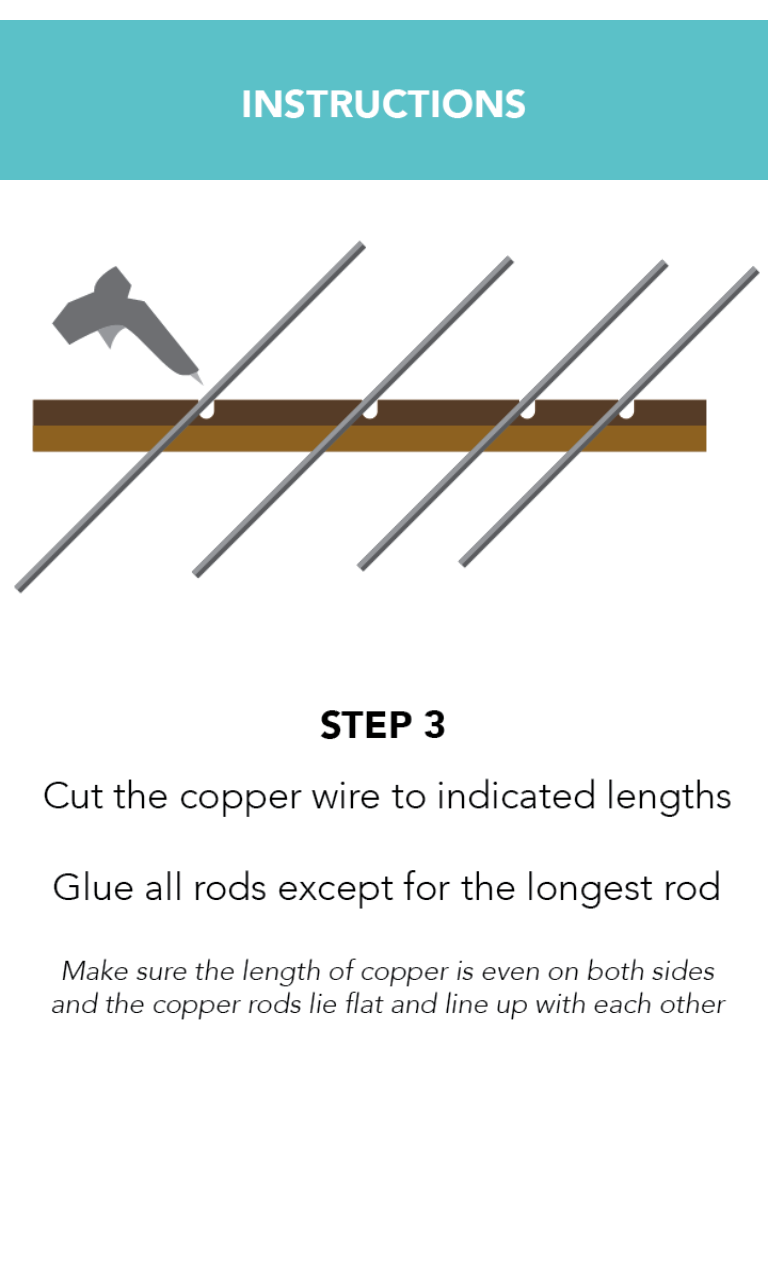
Repository: sbobhate/Android-Applications
Layout: EWBProject/res/layout/fragment_page4.xml
An editor plug-in stored every save of this project. The layout is shown before and after the next save, followed by the edit.
It is drawn on a 768 x 1280 px phone screen (xhdpi) without system bars, with theme AppTheme; the app's code is not run.

Above is the layout before, as saved 2014-02-22 02:12:05.

After the next save:
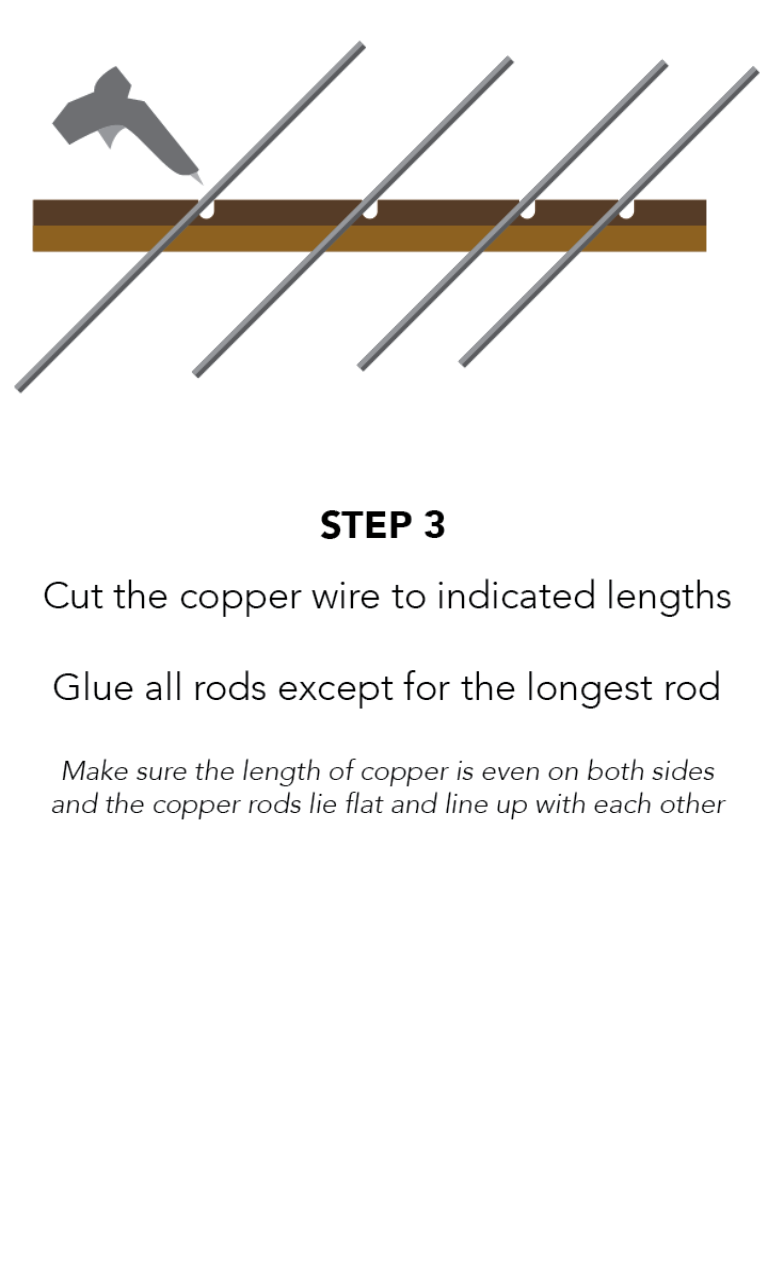
Saved 51 s later.
--- a/EWBProject/res/layout/fragment_page4.xml
+++ b/EWBProject/res/layout/fragment_page4.xml
@@ -2,14 +2,6 @@
 <RelativeLayout xmlns:android="http://schemas.android.com/apk/res/android"
     android:layout_width="match_parent"
     android:layout_height="match_parent" >
-
-    <ImageView
-        android:id="@+id/instructions4"
-        android:src="@drawable/instructions"
-        android:contentDescription="@string/instructions"
-        android:layout_width="fill_parent"
-        android:layout_height="wrap_content"
-        />
 
     <ImageView
         android:id="@+id/step3"
